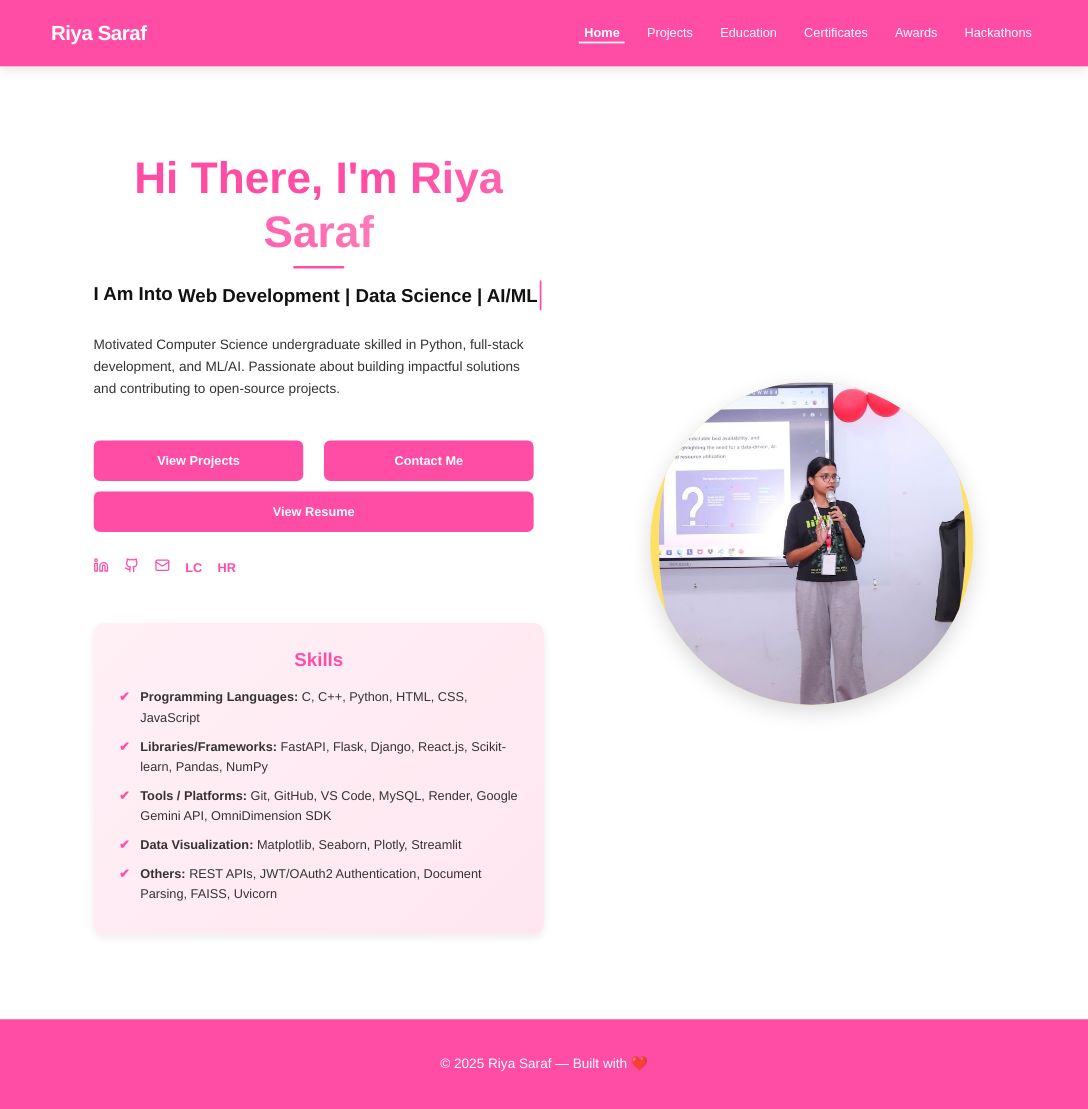
Repository: riyaaaa19/riya-portfolio
Page: /
An editor plug-in stored every save of this project. The page is shown before and after the next save, followed by the edit.
The browser window is 1280 px wide. The pictures show the whole page, at 85% of full size.
The project was rebuilt for these pictures with package versions that can differ from the ones it lists, and the page was loaded fresh each time. Also part of the build but not shown: src/components/TimelineCard.js.

Above is the page before, as saved 2025-09-14 14:56:47.

After the next save:
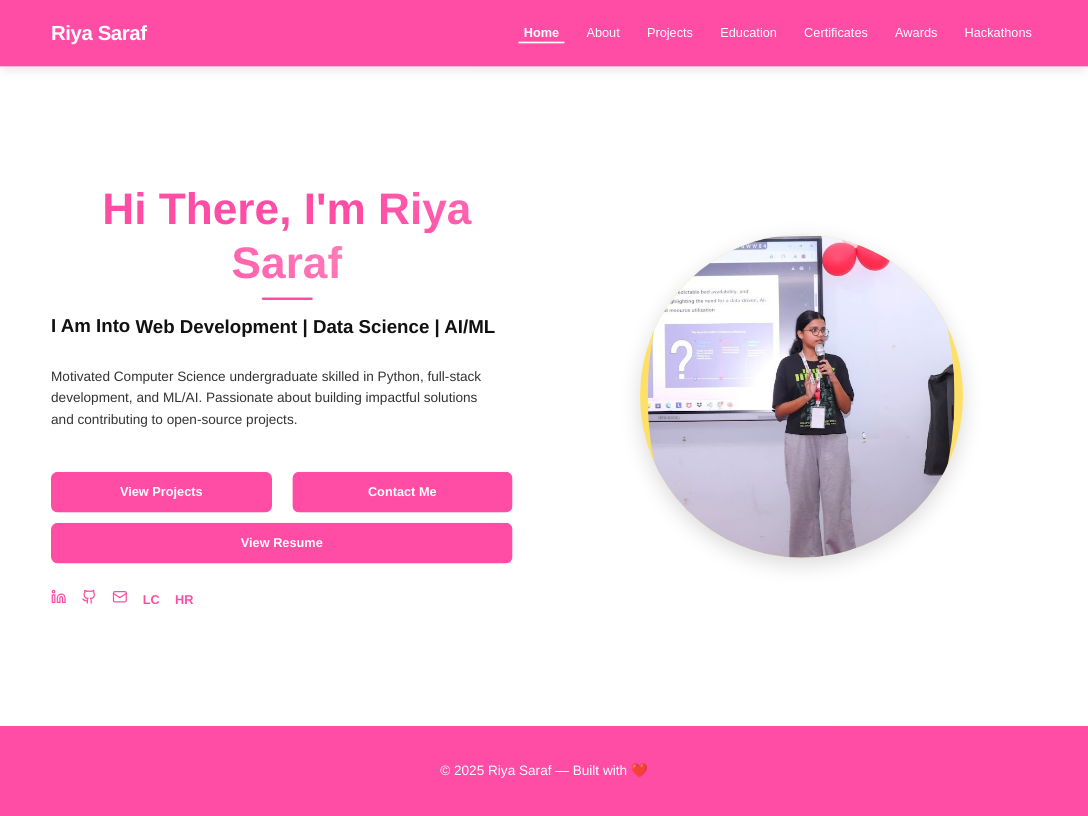
Saved 118 s later.
--- a/src/App.js
+++ b/src/App.js
@@ -118,7 +118,7 @@
       <header>
         <h1>Riya Saraf</h1>
         <nav>
-          {["home", "projects", "education", "certificates", "awards", "hackathons"].map((page) => (
+          {["home", "about", "projects", "education", "certificates", "awards", "hackathons"].map((page) => (
             <button
               key={page}
               onClick={() => setActivePage(page)}
@@ -130,12 +130,9 @@
         </nav>
       </header>
 
+      {/* ===== HOME ===== */}
       {activePage === "home" && (
         <section className="hero">
-          <div className="particle-bg">
-            <span></span><span></span><span></span><span></span><span></span>
-          </div>
-
           <div className="hero-text">
             <h2>
               Hi There, I'm <span className="highlight">Riya Saraf</span>
@@ -151,29 +148,11 @@
               full-stack development, and ML/AI. Passionate about building
               impactful solutions and contributing to open-source projects.
             </p>
-
-            {/* Buttons */}
             <div className="hero-buttons">
               <button className="cta" onClick={() => setActivePage("projects")}>View Projects</button>
-              <a
-                href="https://mail.google.com/mail/?view=cm&fs=1&to=riyasaraf19@gmail.com"
-                target="_blank"
-                rel="noopener noreferrer"
-                className="cta"
-              >
-                Contact Me
-              </a>
-              <a
-                href={process.env.PUBLIC_URL + "/images/resume.pdf"}
-                target="_blank"
-                rel="noopener noreferrer"
-                className="cta"
-              >
-                View Resume
-              </a>
-            </div>
-
-            {/* Social Links */}
+              <a href="mailto:riyasaraf19@gmail.com" target="_blank" rel="noopener noreferrer" className="cta">Contact Me</a>
+              <a href={process.env.PUBLIC_URL + "/images/resume.pdf"} target="_blank" rel="noopener noreferrer" className="cta">View Resume</a>
+            </div>
             <div className="social-icons">
               <a href="https://linkedin.com/in/riya-saraf-9223a9257" target="_blank" rel="noreferrer"><Linkedin size={18} /></a>
               <a href="https://github.com/riyaaaa19" target="_blank" rel="noreferrer"><Github size={18} /></a>
@@ -181,11 +160,28 @@
               <a href="https://leetcode.com/u/riyaaa19/" target="_blank" rel="noreferrer">LC</a>
               <a href="https://www.hackerrank.com/profile/riyasaraf19" target="_blank" rel="noreferrer">HR</a>
             </div>
-
-            {/* ✅ Skills Section */}
-            <div className="skills-section" style={{ marginTop: "40px" }}>
-              <h3 style={{ color: "#ff4da6", marginBottom: "15px" }}>Skills</h3>
-              <ul style={{ listStyle: "none", padding: 0, lineHeight: "1.8" }}>
+          </div>
+          <div className="hero-img">
+            <div className="avatar-circle">
+              <img src="/images/riya-photo.png" alt="Riya Saraf" />
+            </div>
+          </div>
+        </section>
+      )}
+
+      {/* ===== ABOUT ===== */}
+      {activePage === "about" && (
+        <section className="about-section">
+          <div className="about-content">
+            <div className="about-text">
+              <h2>About Me</h2>
+              <p>
+                Motivated Computer Science undergraduate with a strong academic record and
+                consistent top performance. Skilled in Python, data analysis, and
+                problem-solving, with a passion for building impactful tech solutions.
+              </p>
+              <h3>Skills</h3>
+              <ul>
                 <li><strong>Programming Languages:</strong> C, C++, Python, HTML, CSS, JavaScript</li>
                 <li><strong>Libraries/Frameworks:</strong> FastAPI, Flask, Django, React.js, Scikit-learn, Pandas, NumPy</li>
                 <li><strong>Tools / Platforms:</strong> Git, GitHub, VS Code, MySQL, Render, Google Gemini API, OmniDimension SDK</li>
@@ -193,56 +189,40 @@
                 <li><strong>Others:</strong> REST APIs, JWT/OAuth2 Authentication, Document Parsing, FAISS, Uvicorn</li>
               </ul>
             </div>
-          </div>
-
-          <div className="hero-img">
-            <div className="avatar-circle">
-              <img src="/images/riya-photo.png" alt="Riya Saraf" />
-            </div>
-          </div>
-        </section>
-      )}
-
-      {/* Other Sections */}
+            <div className="about-img">
+              <div className="avatar-circle">
+                <img src="/images/about.png" alt="About Riya" />
+              </div>
+            </div>
+          </div>
+        </section>
+      )}
+
+      {/* ===== PROJECTS ===== */}
       {activePage === "projects" && (
         <section>
           <h2>Projects</h2>
           <div className="grid">
             {projects.map((p, i) => (
-              <TimelineCard
-                key={i}
-                title={p.title}
-                subtitle={p.tech}
-                img={p.img}
-                score={<span style={{ color: "#555" }}>{p.desc}</span>}
-                github={p.github}
-                live={p.live}
-                type="project"
-              />
-            ))}
-          </div>
-        </section>
-      )}
-
+              <TimelineCard key={i} title={p.title} subtitle={p.tech} img={p.img} score={<span>{p.desc}</span>} github={p.github} />
+            ))}
+          </div>
+        </section>
+      )}
+
+      {/* ===== EDUCATION ===== */}
       {activePage === "education" && (
         <section>
           <h2>Education</h2>
           <div className="timeline">
             {education.map((e, i) => (
-              <TimelineCard
-                key={i}
-                title={e.school}
-                subtitle={e.degree}
-                year={e.year}
-                score={e.score}
-                img={e.img}
-                type="education"
-              />
-            ))}
-          </div>
-        </section>
-      )}
-
+              <TimelineCard key={i} title={e.school} subtitle={e.degree} year={e.year} score={e.score} img={e.img} type="education" />
+            ))}
+          </div>
+        </section>
+      )}
+
+      {/* ===== CERTIFICATES ===== */}
       {activePage === "certificates" && (
         <section>
           <h2>Certificates</h2>
@@ -254,6 +234,7 @@
         </section>
       )}
 
+      {/* ===== AWARDS ===== */}
       {activePage === "awards" && (
         <section>
           <h2>Awards</h2>
@@ -265,6 +246,7 @@
         </section>
       )}
 
+      {/* ===== HACKATHONS ===== */}
       {activePage === "hackathons" && (
         <section>
           <h2>Hackathons & Conferences</h2>

After the save that followed:
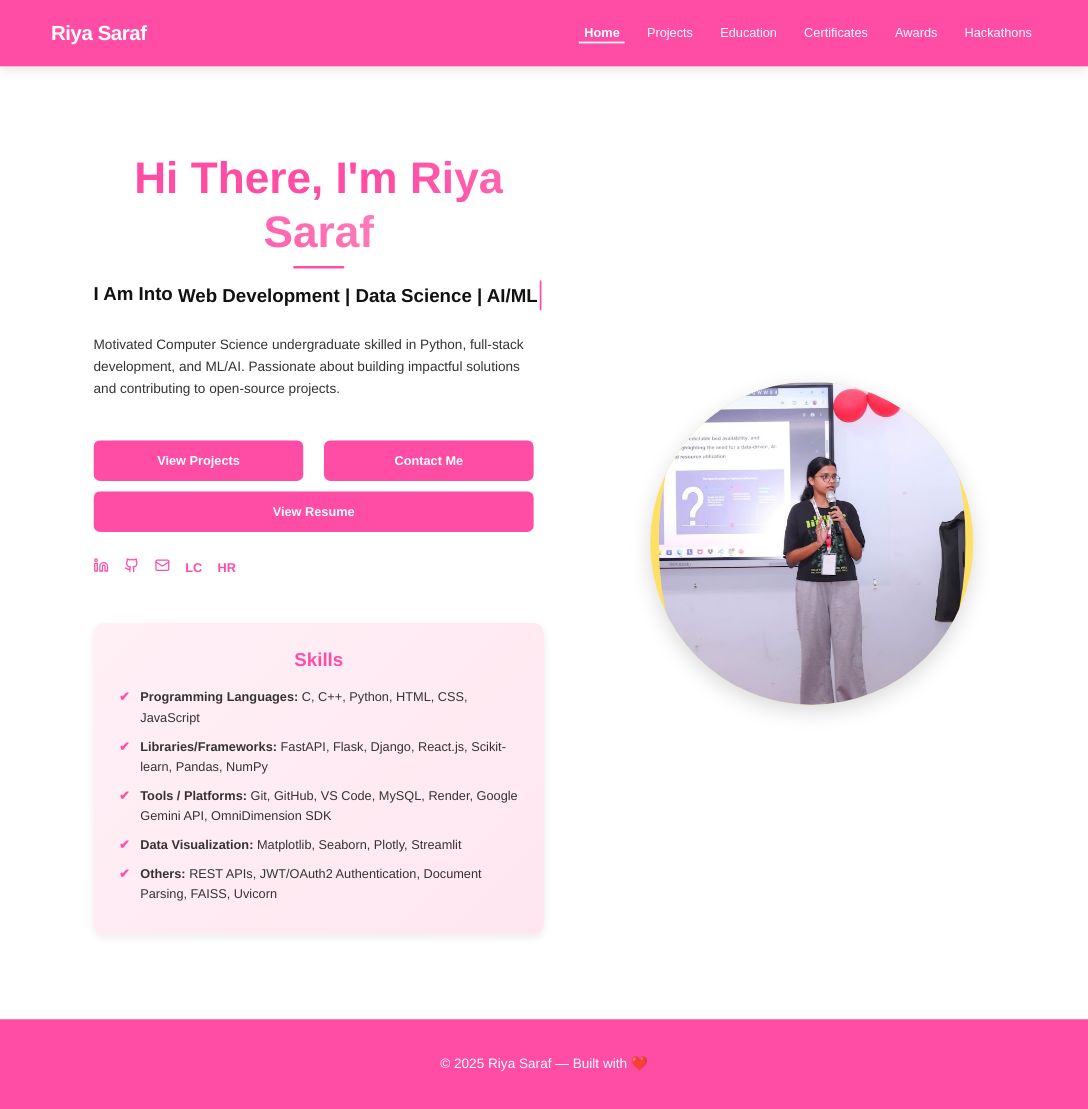
Saved 24 s later.
--- a/src/App.js
+++ b/src/App.js
@@ -118,7 +118,7 @@
       <header>
         <h1>Riya Saraf</h1>
         <nav>
-          {["home", "about", "projects", "education", "certificates", "awards", "hackathons"].map((page) => (
+          {["home", "projects", "education", "certificates", "awards", "hackathons"].map((page) => (
             <button
               key={page}
               onClick={() => setActivePage(page)}
@@ -130,9 +130,12 @@
         </nav>
       </header>
 
-      {/* ===== HOME ===== */}
       {activePage === "home" && (
         <section className="hero">
+          <div className="particle-bg">
+            <span></span><span></span><span></span><span></span><span></span>
+          </div>
+
           <div className="hero-text">
             <h2>
               Hi There, I'm <span className="highlight">Riya Saraf</span>
@@ -148,11 +151,29 @@
               full-stack development, and ML/AI. Passionate about building
               impactful solutions and contributing to open-source projects.
             </p>
+
+            {/* Buttons */}
             <div className="hero-buttons">
               <button className="cta" onClick={() => setActivePage("projects")}>View Projects</button>
-              <a href="mailto:riyasaraf19@gmail.com" target="_blank" rel="noopener noreferrer" className="cta">Contact Me</a>
-              <a href={process.env.PUBLIC_URL + "/images/resume.pdf"} target="_blank" rel="noopener noreferrer" className="cta">View Resume</a>
-            </div>
+              <a
+                href="https://mail.google.com/mail/?view=cm&fs=1&to=riyasaraf19@gmail.com"
+                target="_blank"
+                rel="noopener noreferrer"
+                className="cta"
+              >
+                Contact Me
+              </a>
+              <a
+                href={process.env.PUBLIC_URL + "/images/resume.pdf"}
+                target="_blank"
+                rel="noopener noreferrer"
+                className="cta"
+              >
+                View Resume
+              </a>
+            </div>
+
+            {/* Social Links */}
             <div className="social-icons">
               <a href="https://linkedin.com/in/riya-saraf-9223a9257" target="_blank" rel="noreferrer"><Linkedin size={18} /></a>
               <a href="https://github.com/riyaaaa19" target="_blank" rel="noreferrer"><Github size={18} /></a>
@@ -160,28 +181,11 @@
               <a href="https://leetcode.com/u/riyaaa19/" target="_blank" rel="noreferrer">LC</a>
               <a href="https://www.hackerrank.com/profile/riyasaraf19" target="_blank" rel="noreferrer">HR</a>
             </div>
-          </div>
-          <div className="hero-img">
-            <div className="avatar-circle">
-              <img src="/images/riya-photo.png" alt="Riya Saraf" />
-            </div>
-          </div>
-        </section>
-      )}
-
-      {/* ===== ABOUT ===== */}
-      {activePage === "about" && (
-        <section className="about-section">
-          <div className="about-content">
-            <div className="about-text">
-              <h2>About Me</h2>
-              <p>
-                Motivated Computer Science undergraduate with a strong academic record and
-                consistent top performance. Skilled in Python, data analysis, and
-                problem-solving, with a passion for building impactful tech solutions.
-              </p>
-              <h3>Skills</h3>
-              <ul>
+
+            {/* ✅ Skills Section */}
+            <div className="skills-section" style={{ marginTop: "40px" }}>
+              <h3 style={{ color: "#ff4da6", marginBottom: "15px" }}>Skills</h3>
+              <ul style={{ listStyle: "none", padding: 0, lineHeight: "1.8" }}>
                 <li><strong>Programming Languages:</strong> C, C++, Python, HTML, CSS, JavaScript</li>
                 <li><strong>Libraries/Frameworks:</strong> FastAPI, Flask, Django, React.js, Scikit-learn, Pandas, NumPy</li>
                 <li><strong>Tools / Platforms:</strong> Git, GitHub, VS Code, MySQL, Render, Google Gemini API, OmniDimension SDK</li>
@@ -189,40 +193,56 @@
                 <li><strong>Others:</strong> REST APIs, JWT/OAuth2 Authentication, Document Parsing, FAISS, Uvicorn</li>
               </ul>
             </div>
-            <div className="about-img">
-              <div className="avatar-circle">
-                <img src="/images/about.png" alt="About Riya" />
-              </div>
-            </div>
-          </div>
-        </section>
-      )}
-
-      {/* ===== PROJECTS ===== */}
+          </div>
+
+          <div className="hero-img">
+            <div className="avatar-circle">
+              <img src="/images/riya-photo.png" alt="Riya Saraf" />
+            </div>
+          </div>
+        </section>
+      )}
+
+      {/* Other Sections */}
       {activePage === "projects" && (
         <section>
           <h2>Projects</h2>
           <div className="grid">
             {projects.map((p, i) => (
-              <TimelineCard key={i} title={p.title} subtitle={p.tech} img={p.img} score={<span>{p.desc}</span>} github={p.github} />
-            ))}
-          </div>
-        </section>
-      )}
-
-      {/* ===== EDUCATION ===== */}
+              <TimelineCard
+                key={i}
+                title={p.title}
+                subtitle={p.tech}
+                img={p.img}
+                score={<span style={{ color: "#555" }}>{p.desc}</span>}
+                github={p.github}
+                live={p.live}
+                type="project"
+              />
+            ))}
+          </div>
+        </section>
+      )}
+
       {activePage === "education" && (
         <section>
           <h2>Education</h2>
           <div className="timeline">
             {education.map((e, i) => (
-              <TimelineCard key={i} title={e.school} subtitle={e.degree} year={e.year} score={e.score} img={e.img} type="education" />
-            ))}
-          </div>
-        </section>
-      )}
-
-      {/* ===== CERTIFICATES ===== */}
+              <TimelineCard
+                key={i}
+                title={e.school}
+                subtitle={e.degree}
+                year={e.year}
+                score={e.score}
+                img={e.img}
+                type="education"
+              />
+            ))}
+          </div>
+        </section>
+      )}
+
       {activePage === "certificates" && (
         <section>
           <h2>Certificates</h2>
@@ -234,7 +254,6 @@
         </section>
       )}
 
-      {/* ===== AWARDS ===== */}
       {activePage === "awards" && (
         <section>
           <h2>Awards</h2>
@@ -246,7 +265,6 @@
         </section>
       )}
 
-      {/* ===== HACKATHONS ===== */}
       {activePage === "hackathons" && (
         <section>
           <h2>Hackathons & Conferences</h2>
